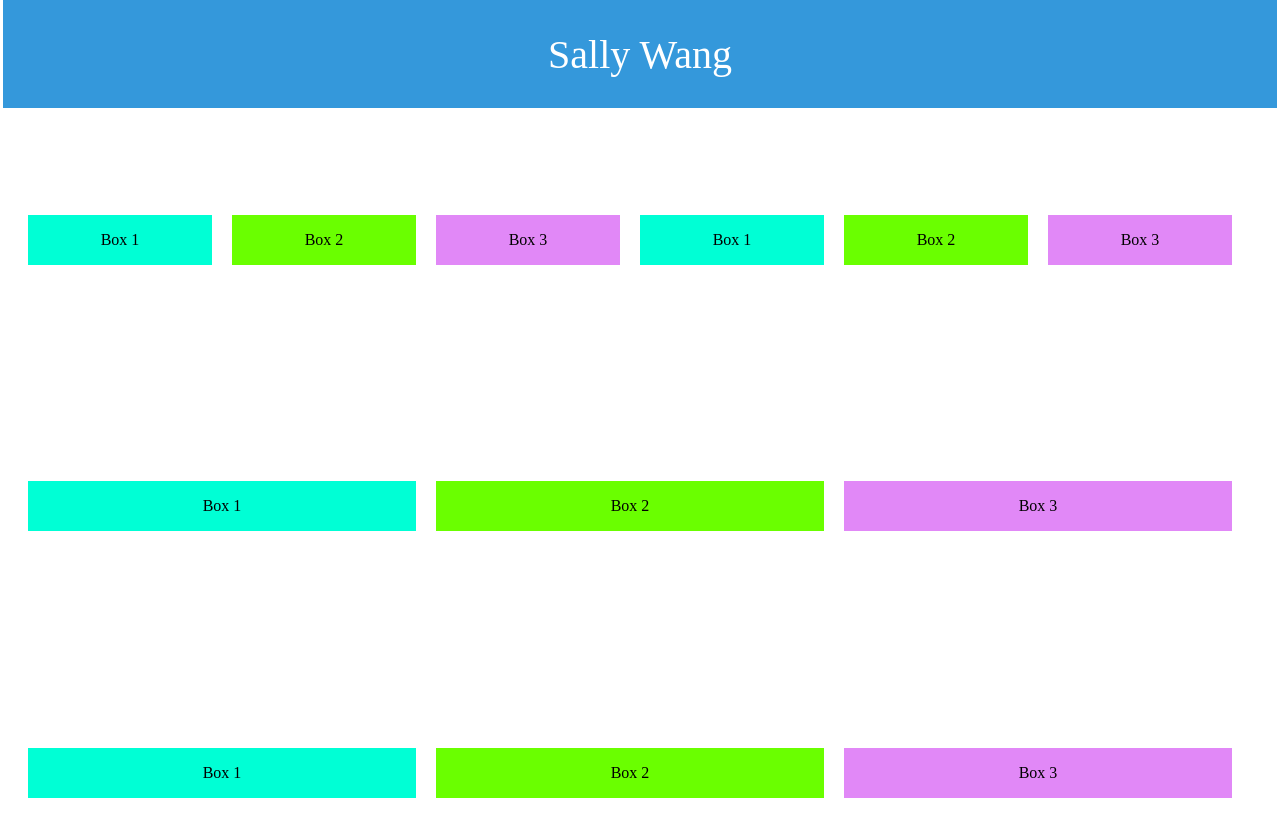
Repository: tianjiewang2022/tianjiewang2022.github.io
Page: index.html
An editor plug-in stored every save of this project. The page is shown before and after the next save, followed by the edit.
The browser window is 1280 px wide. The pictures show the whole page.

Above is the page before, as saved 2023-10-01 22:53:21.

### index.html
<!DOCTYPE html>
<html lang="en">

    <head>
        <meta charset="UTF-8">
        <meta name="viewport" content="width=device-width, initial-scale=1.0">
        <title>Sally's Webpage</title>
        <style>
            body {
                padding: 10px;
                left: 3%;
                right: 3%;
            }

            header {
                background-color: #3498db;
                /* Choose your header color */
                color: white;
                position: fixed;
                top: 0;
                height: 15%;
                left: 3px;
                right: 3px;
                display: flex;
                align-items: center;
                justify-content: center;
                z-index: 100;
                font-size: 40px;
            }

            .container {
                margin-top: 15%;
                padding: 10px;
                display: flex;
                flex-wrap: wrap;
                justify-content: space-between;
                flex-wrap: nowrap;
            }

            .box {
                width: calc(33.33% - 20px);
                height: 50px;
                margin-right: 20px;
                background-color: #ccc;
                /* Default background color */
                /* Add margin between boxes */
                margin-bottom: 10px;
                background-color: #ccc;
                /* Default background color */
                text-align: center;
                display: flex;
                align-items: center;
                justify-content: center;
            }

            .blue {
                background-color: rgb(0, 255, 213);
            }

            .green {
                background-color: rgb(106, 255, 0);
            }

            .purple {
                background-color: rgb(225, 136, 247);
            }
        </style>
    </head>

    <body>
        <header>
            Sally Wang
        </header>

        <div class="container">
            <!-- Your content goes here -->
            <span class="box blue">Box 1</span>
            <span class="box green">Box 2</span>
            <span class="box purple">Box 3</span>
            <span class="box blue">Box 1</span>
            <span class="box green">Box 2</span>
            <span class="box purple">Box 3</span>
        </div>
        <div class="container">
            <!-- Your content goes here -->
            <span class="box blue">Box 1</span>
            <span class="box green">Box 2</span>
            <span class="box purple">Box 3</span>
        </div>
        <div class="container">
            <!-- Your content goes here -->
            <span class="box blue">Box 1</span>
            <span class="box green">Box 2</span>
            <span class="box purple">Box 3</span>
        </div>
    </body>

</html>

After the next save:
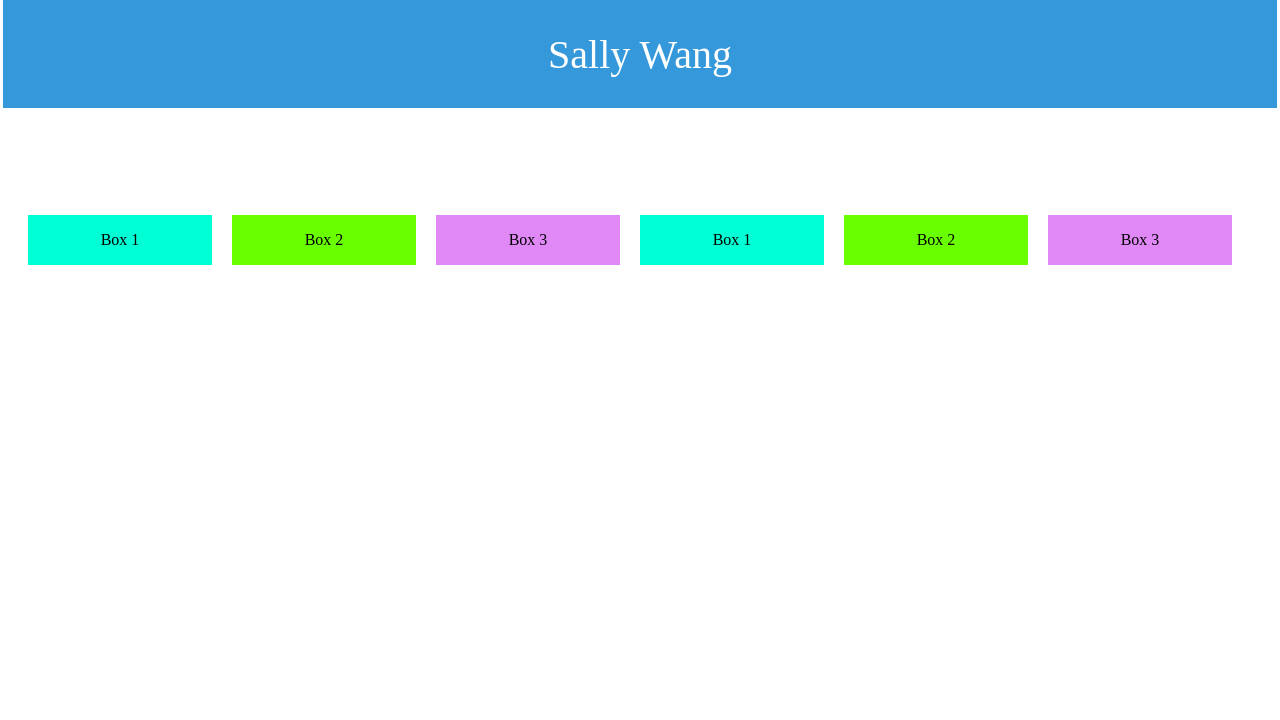
Saved 17 s later.
--- a/index.html
+++ b/index.html
@@ -81,18 +81,6 @@
             <span class="box green">Box 2</span>
             <span class="box purple">Box 3</span>
         </div>
-        <div class="container">
-            <!-- Your content goes here -->
-            <span class="box blue">Box 1</span>
-            <span class="box green">Box 2</span>
-            <span class="box purple">Box 3</span>
-        </div>
-        <div class="container">
-            <!-- Your content goes here -->
-            <span class="box blue">Box 1</span>
-            <span class="box green">Box 2</span>
-            <span class="box purple">Box 3</span>
-        </div>
     </body>
 
 </html>
